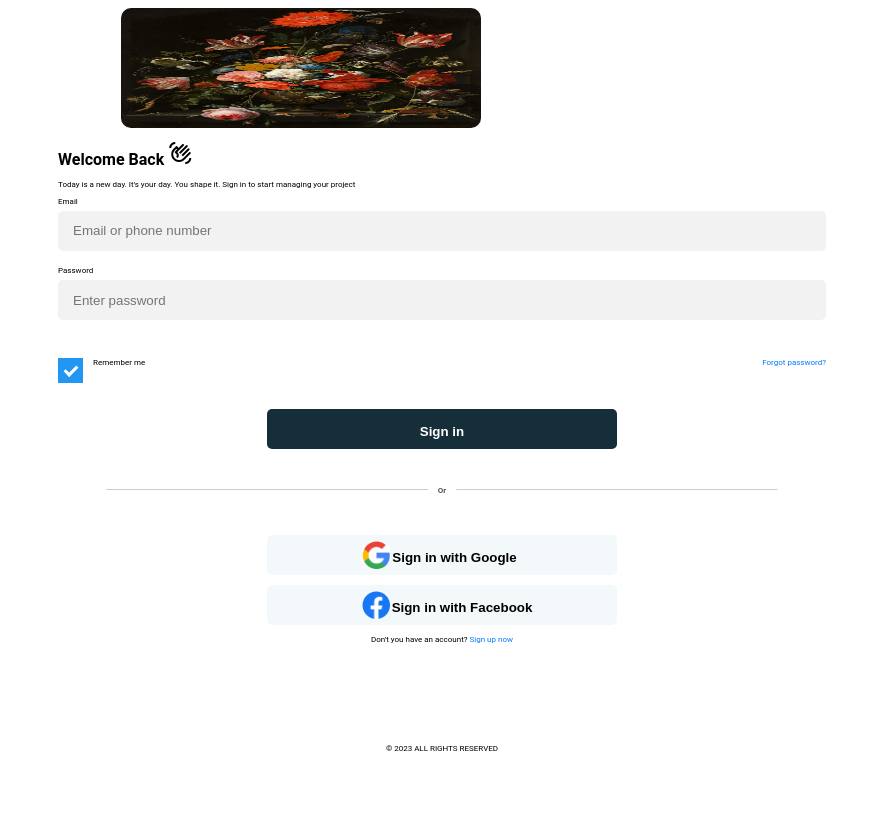
Repository: dinhtanloc/hw_web_development
Page: hw2-login-page/login.html
These files come from the project's save history. The page is drawn as it stood at one moment and after the next save; the edit follows.
The browser window is 768 px wide. The page is 889 px wide, so the pictures cover 889 px, including what lies to the right of the window. The pictures show the whole page.

Above is the page before, as saved 2024-03-14 00:11:01.

After the next save:
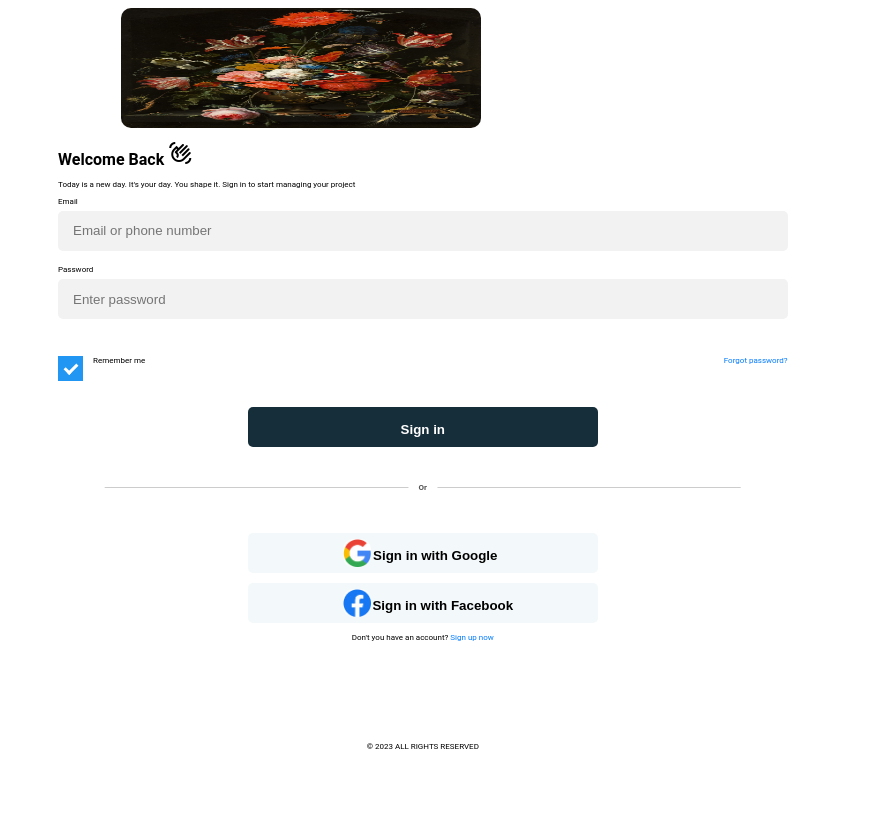
Saved 17 s later.
--- a/hw2-login-page/style.css
+++ b/hw2-login-page/style.css
@@ -283,7 +283,7 @@
 
         top: 13% ;
         order: 2;
-        width: 100vw;
+        width: 95vw;
         font-size: 1.0vh;
         height:20%;
     }
